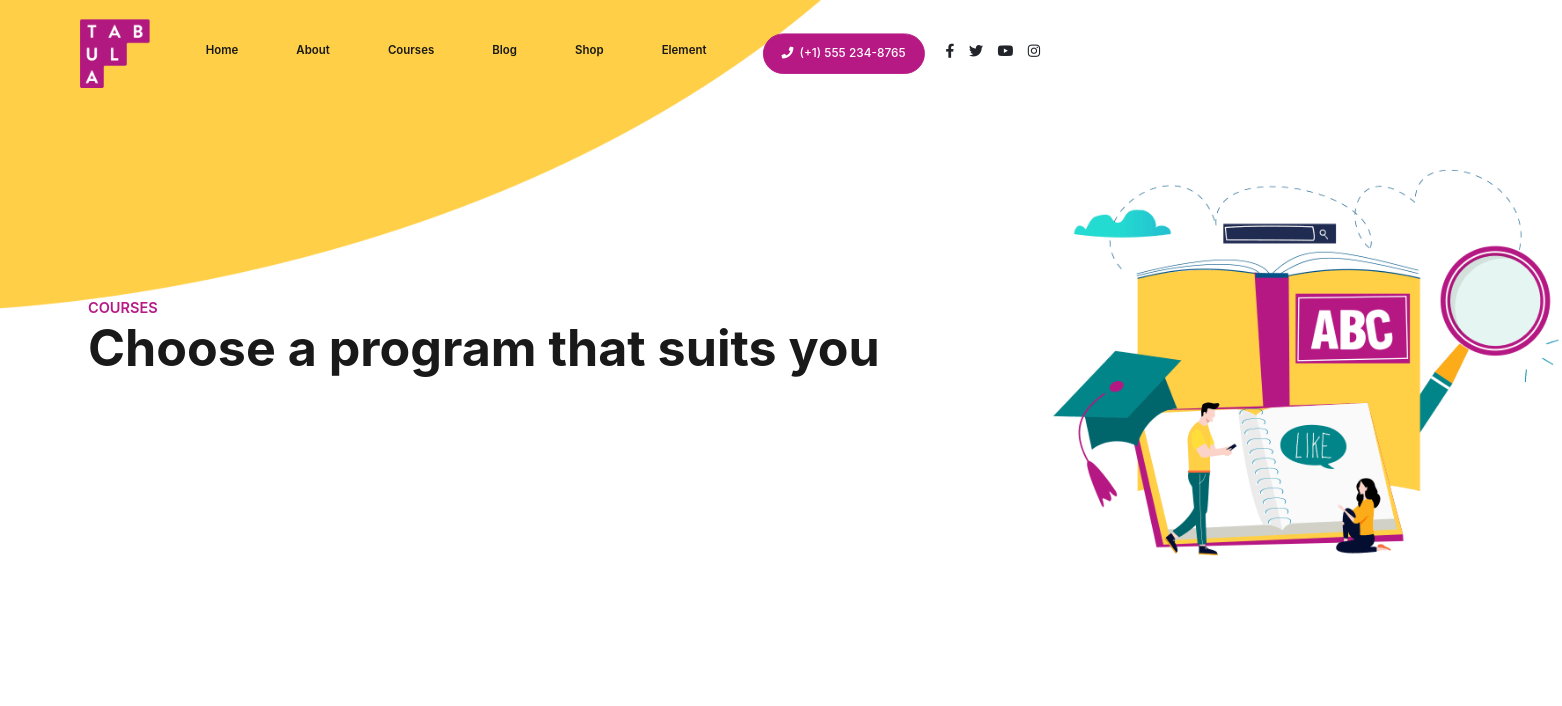
Repository: Khanh1234-glitch/TruongNguyenBaoKhanh_BC22_assignment__tabula
Page: Tabula/index.html
An editor plug-in stored every save of this project. The page is shown before and after the next save, followed by the edit.
The browser window is 1280 px wide. The page is 1775 px wide, then 1280 px, so the pictures cover 1775 px, including what lies to the right of the window. The pictures show the whole page, at 88% of full size.
The style sheet was rebuilt from its Sass, Less or Tailwind sources for each picture, by a compiler version that may differ from the author's.

Above is the page before, as saved 2022-04-16 10:36:42.

After the next save:
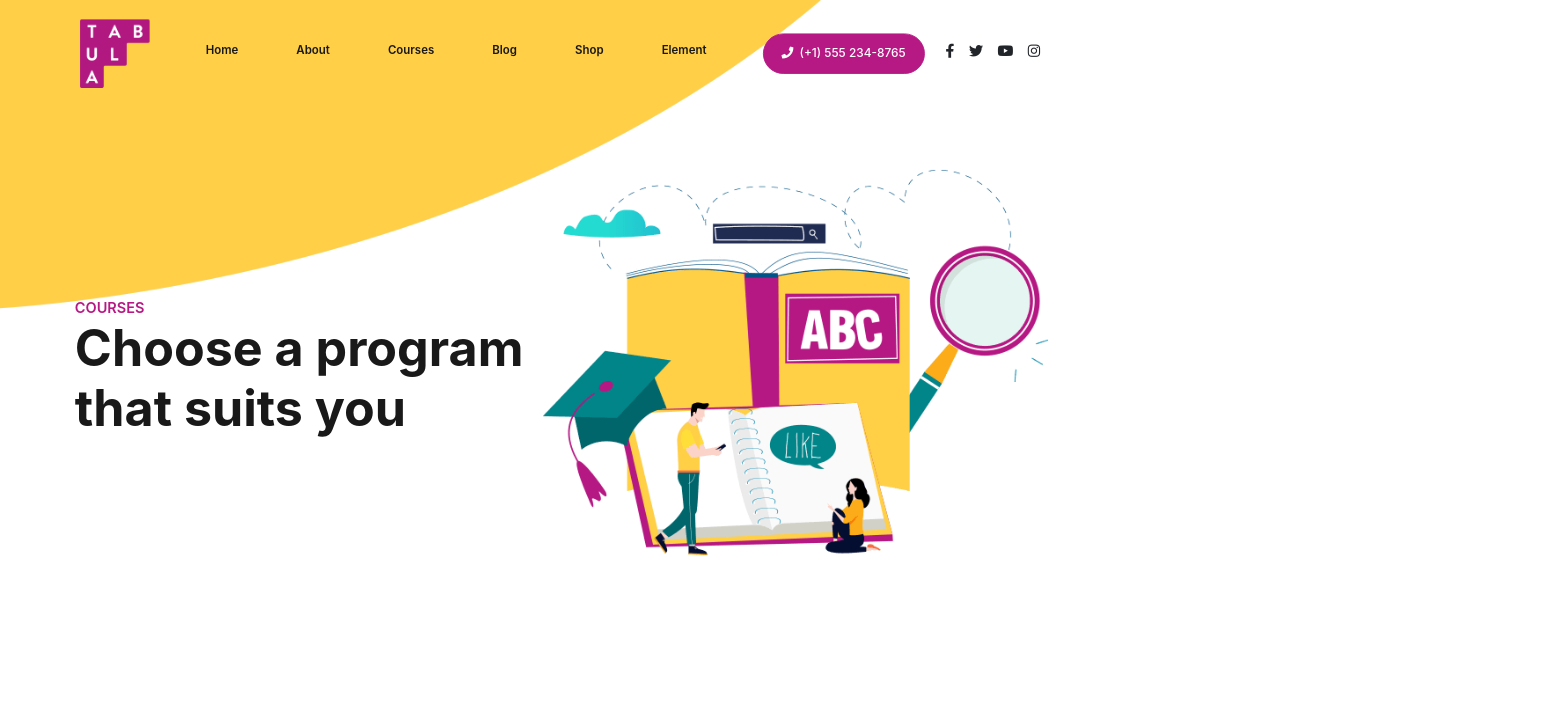
Saved 11 s later.
--- a/Tabula/index.html
+++ b/Tabula/index.html
@@ -57,7 +57,7 @@
             </div>
         </nav>
         <div class="hero-book container">
-            <div class="text-left col-lg-12">
+            <div class="text-left ">
                 <span>COURSES</span>
                 <h1>Choose a program that suits you</h1>
             </div>
